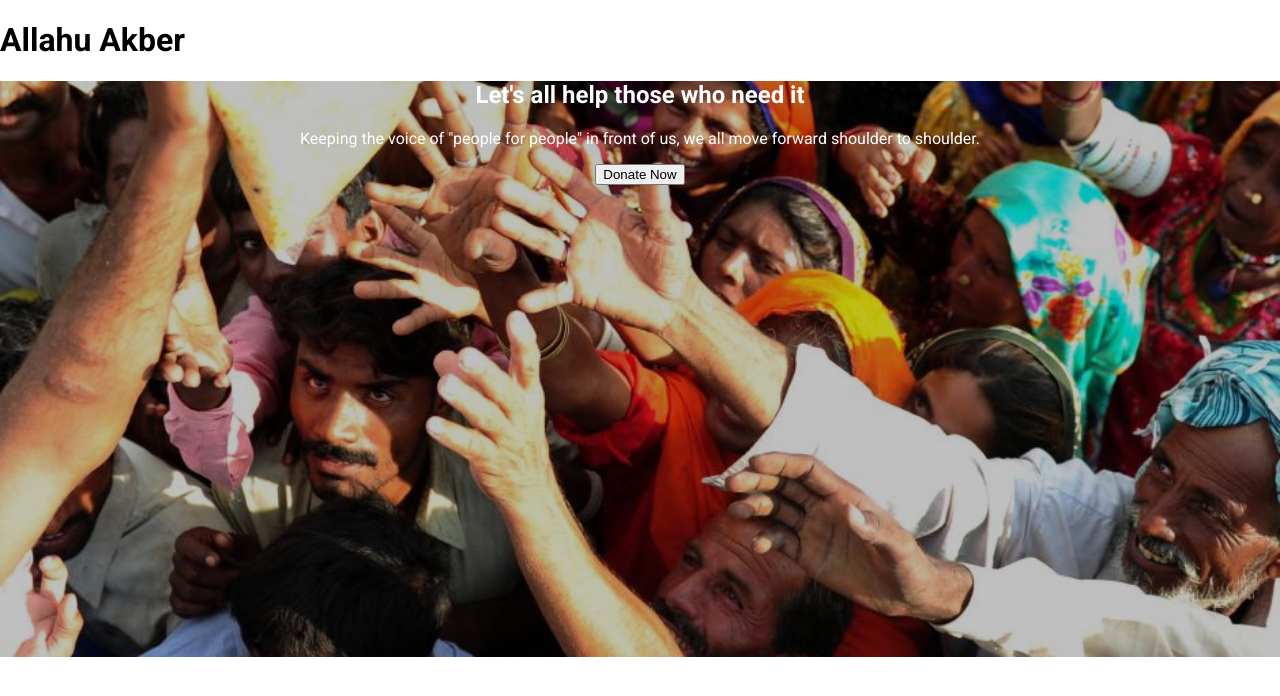
Repository: zjria/suppert-the-helpness
Page: index.html
The author's editor kept a copy of each file at every save. The page is drawn from the files as they stood at one save, then again after the next save.
The browser window is 1280 px wide. The pictures show the whole page.

Above is the page before, as saved 2022-08-24 21:37:15.

After the next save:
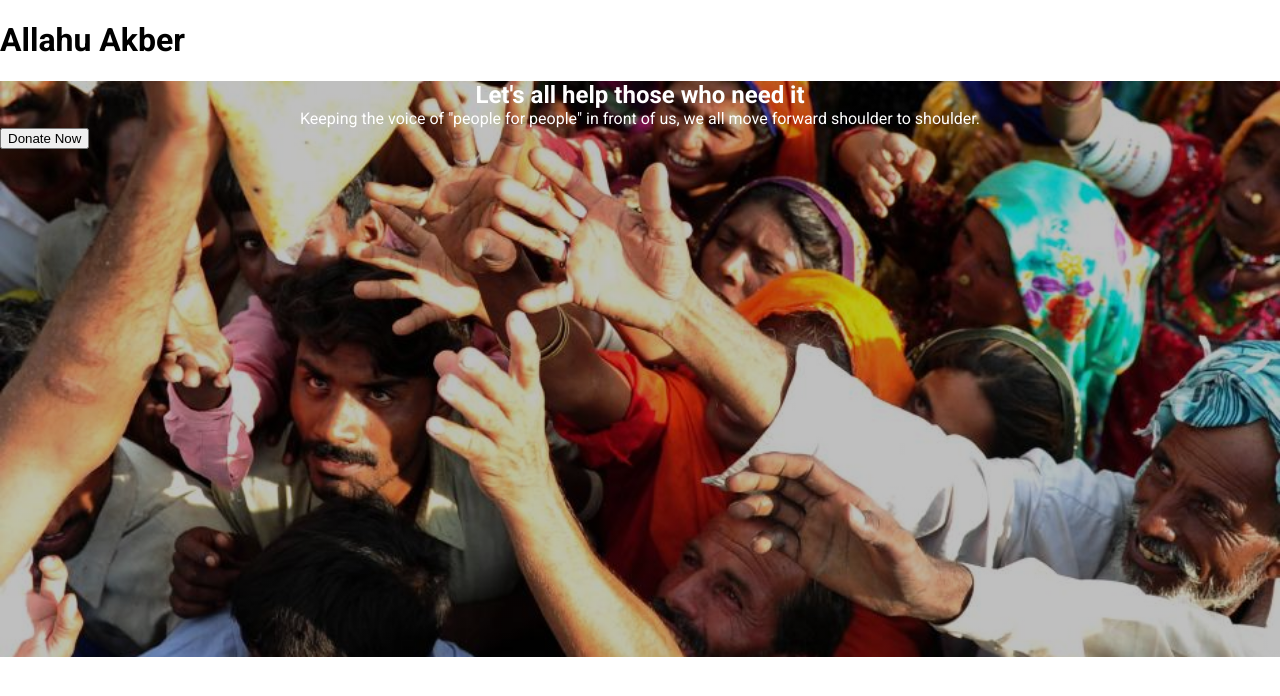
Saved 9 min 6 s later.
--- a/style.css
+++ b/style.css
@@ -13,7 +13,9 @@
     color: white;
 }
 
-.header-text {
+.header-text h1,
+p,
+button {
     text-align: center;
     margin: auto;
     justify-content: center;

After the save that followed:
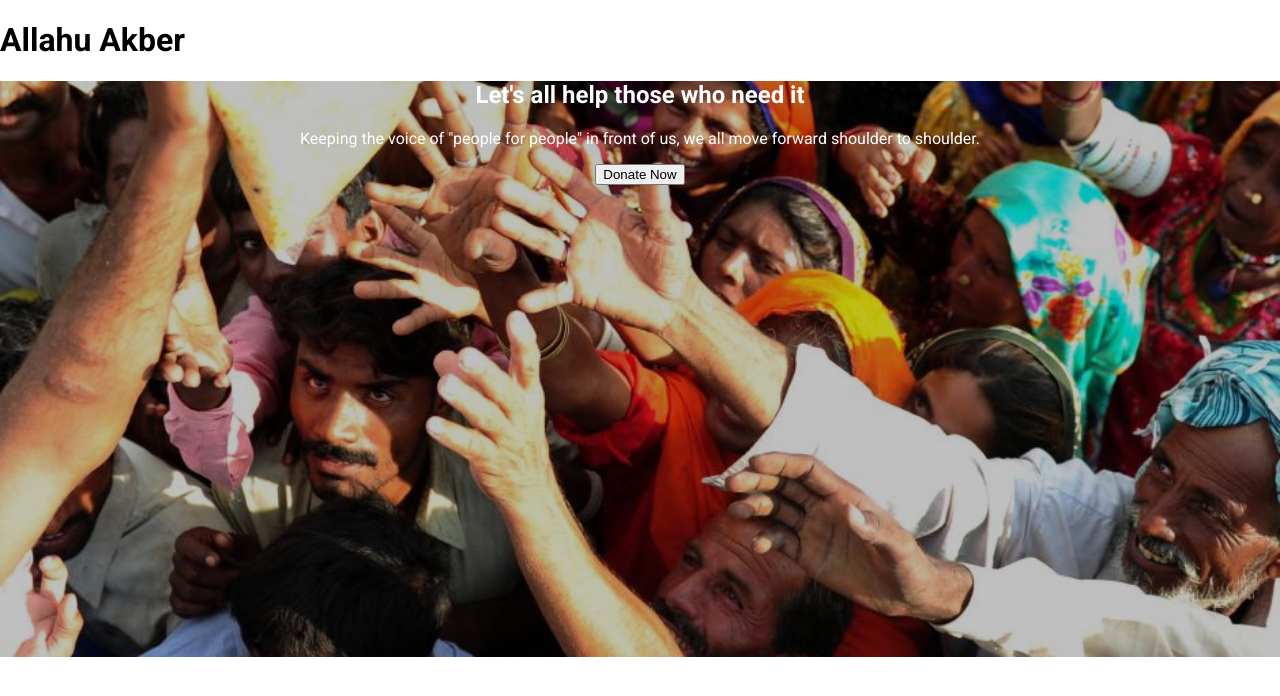
Saved 38 s later.
--- a/style.css
+++ b/style.css
@@ -13,9 +13,7 @@
     color: white;
 }
 
-.header-text h1,
-p,
-button {
+.header-text {
     text-align: center;
     margin: auto;
     justify-content: center;
